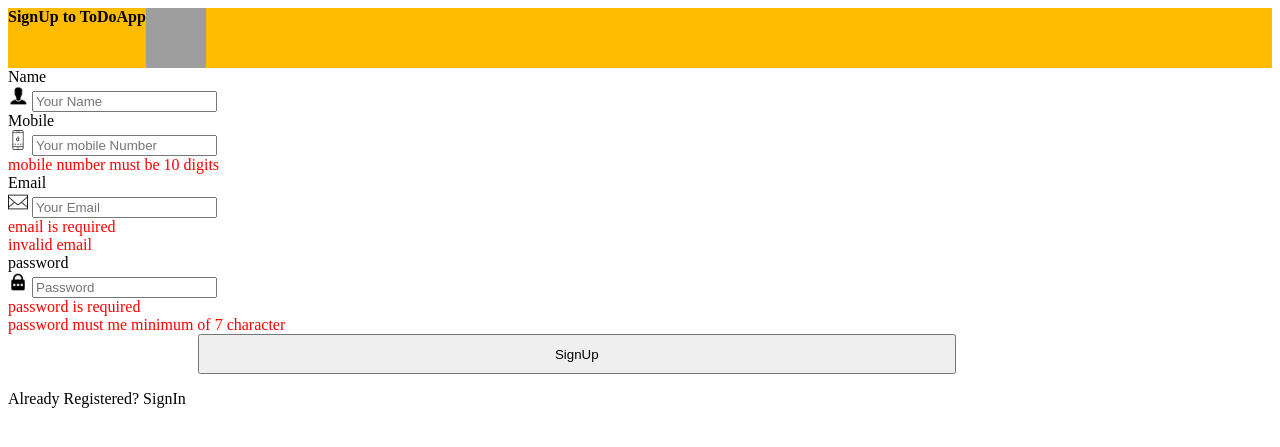
Repository: iamvinayhv/ToDoApp.
Page: toDoApp_2017/src/main/webapp/template/signUp.html
These files come from the project's save history. The page is drawn as it stood at one moment and after a run of saves; the edit follows.
The browser window is 1280 px wide. The pictures show the whole page.
Pictures or frames that could not be fetched are drawn as grey boxes.

Above is the page before, as saved 2017-06-22 07:08:58.

### toDoApp_2017/src/main/webapp/template/signUp.html
<div class="row">
	<div class="col-sm-4"></div>
		<div class="col-sm-4">

			<div data-ng-controller="signUpController">

				<nav id="navBar" class="navbar navbar-default navbar-fixed-top" role="navigation" style="background-color: #fb0;">
					      <div class="container">
					      <div class="navbar-header" style="display: flex;">


								<div class="navbar-brand" style="font-weight: bold;">
									SignUp to ToDoApp
								</div>
								<img src="images/todo.png" height="60px" width="60px">
						</div>
				      </div>

				</nav>



				<form name="signUpForm">

					<div id="signUpBody" >

						<div class="form-group">
								<label for="name" class="cols-sm-2 control-label">Name</label>
							<div class="cols-sm-10">
								<div class="input-group">
									<span class="input-group-addon"><img src="images/Contact.png" width="20px" height="20px"></span>
                                    <input type="text" class="form-control" name="name" id="form_name" data-ng-model="name" placeholder="Your Name" required/>
								</div>
							</div>
						</div>

						<span style="color: red" class="error_form" id="name_error_msg"></span>



						<div class="form-group">
								<label for="mobile" class="cols-sm-2 control-label">Mobile</label>
							<div class="cols-sm-10">
								<div class="input-group">
									<span class="input-group-addon"><img src="images/phone.png" width="20px" height="20px"></span>
									<input type="number" class="form-control" name="mobile" id="form_mobile" data-ng-model="mobile"  placeholder="Your mobile Number" data-ng-minlength="10" data-ng-maxlength="10" required/>
								</div>
								<div style="color: red" data-ng-show="signUpForm.mobile.$dirty">
									<div data-ng-show="signUpForm.mobile.$invalid">mobile number must be 10 digits</div>
								</div>
							</div>
						</div>

						<span style="color:red" class="error_form" id="mobile_error_msg"></span>




						<div class="form-group">
								<label for="email" class="cols-sm-2 control-label">Email</label>
							<div class="cols-sm-10">
								<div class="input-group">
									<span class="input-group-addon"><img src="images/mail.png" width="20px" height="20px"></span>
									<input type="email" class="form-control" name="mail" id="form_email" data-ng-model="email" placeholder="Your Email" required/>
								</div>

									<div style="color: red" data-ng-show="signUpForm.mail.$dirty">
										<div data-ng-show="signUpForm.mail.$error.required">email is required</div>
										<div data-ng-show="signUpForm.mail.$error.email">invalid email</div>
									</div>
							</div>
						</div>

						<span style="color: red" class="error_form" id="email_error_msg"></span>


						<div class="form-group">
								<label for="password" class="cols-sm-2 control-label">password</label>
							<div class="cols-sm-10">
								<div class="input-group">
									<span class="input-group-addon"><img src="images/Password.png" width="20px" height="20px"></span>
									<input type="password" class="form-control" name="password" id="form_password" data-ng-model="password"  placeholder="Password" data-ng-minlength="7" required/>
								</div>

								<div style="color: red" data-ng-show="signUpForm.password.$dirty">
										<div data-ng-show="signUpForm.password.$error.required">password is required</div>
										<div data-ng-show="signUpForm.password.$invalid">password must me minimum of 7 character</div>
								</div>

							</div>
						</div>

						<span style="color: red" class="error_form" id="password_error_msg"></span>

						<div><button class="btn btn-success" type="button" data-ng-click="signUp()" style="width: 30%;margin-left: 15%;width: 60%;height: 40px;">SignUp</button></div>

					</form>

			</div>

			<div id="signUpBottom">
				<a style="color: black;" data-ui-sref="signIn">Already Registered? SignIn</a>
			</div>


	</div>
</div>

After the next 2 saves:
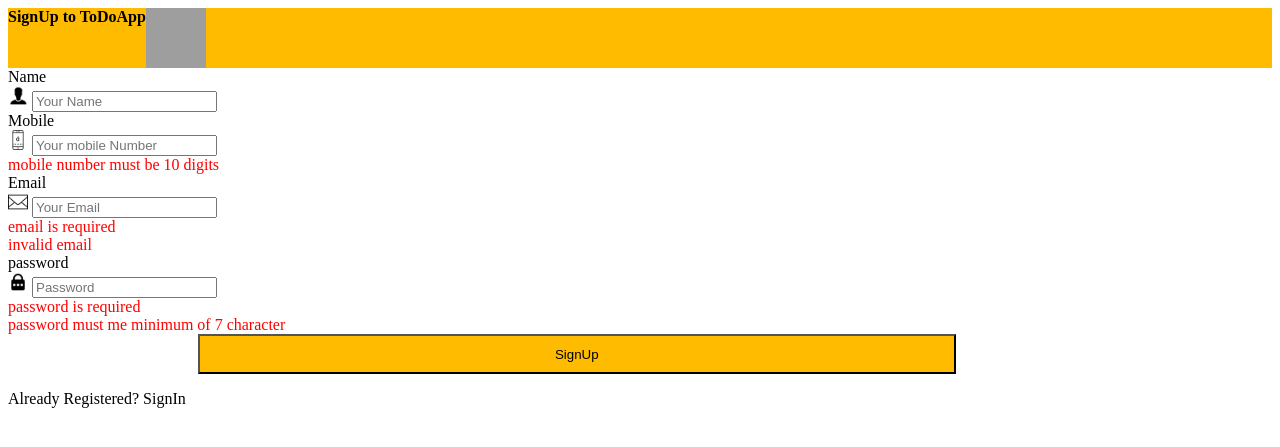
The 2 saves are shown as one change because they came seconds apart.
The last was saved 44 s later.
--- a/toDoApp_2017/src/main/webapp/template/signUp.html
+++ b/toDoApp_2017/src/main/webapp/template/signUp.html
@@ -92,7 +92,7 @@
 
 						<span style="color: red" class="error_form" id="password_error_msg"></span>
 
-						<div><button class="btn btn-success" type="button" data-ng-click="signUp()" style="width: 30%;margin-left: 15%;width: 60%;height: 40px;">SignUp</button></div>
+						<div><button class="btn btn-success" type="button" data-ng-click="signUp()" style="width: 30%;margin-left: 15%;width: 60%;height: 40px;background-color: #fb0;">SignUp</button></div>
 
 					</form>
 
